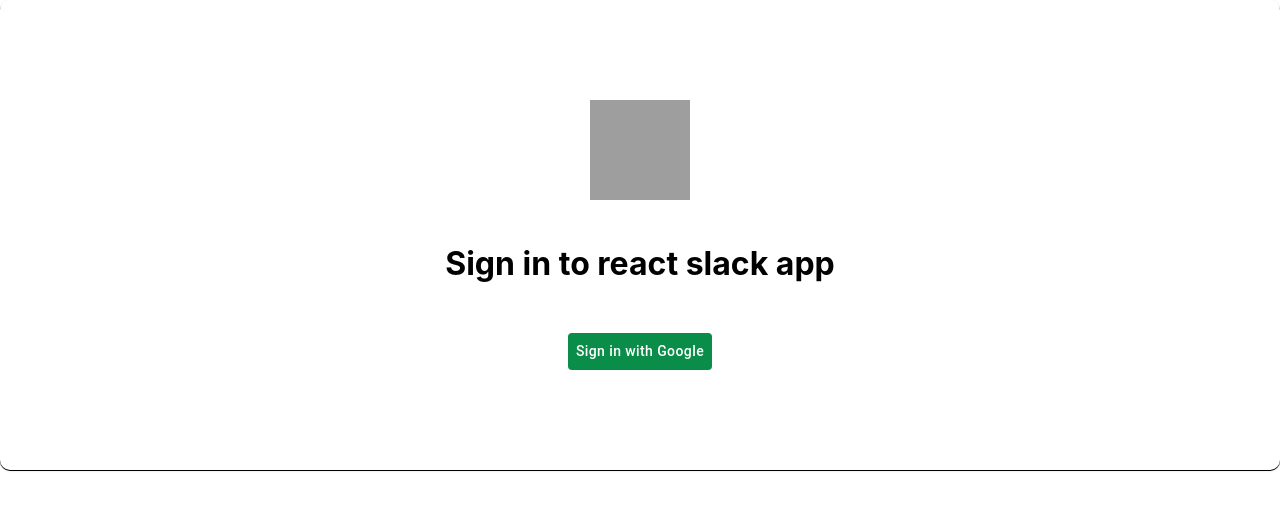
Repository: mminhaz93/React-Slack-Clone
Page: /
An editor plug-in stored every save of this project. The page is shown before and after the next save, followed by the edit.
The browser window is 1280 px wide. The pictures show the whole page.
Pictures or frames that could not be fetched are drawn as grey boxes. The project was rebuilt for these pictures with package versions that can differ from the ones it lists, and the page was loaded fresh each time. Also part of the build but not shown: src/components/Header.css, src/components/Header.js, src/components/Sidebar.css, src/components/SidebarOption.css, src/firebase.js, src/components/SidebarOption.js, src/components/Sidebar.js, src/Chat.css and 3 more.

Above is the page before, as saved 2020-08-14 00:21:10.

After the next save:
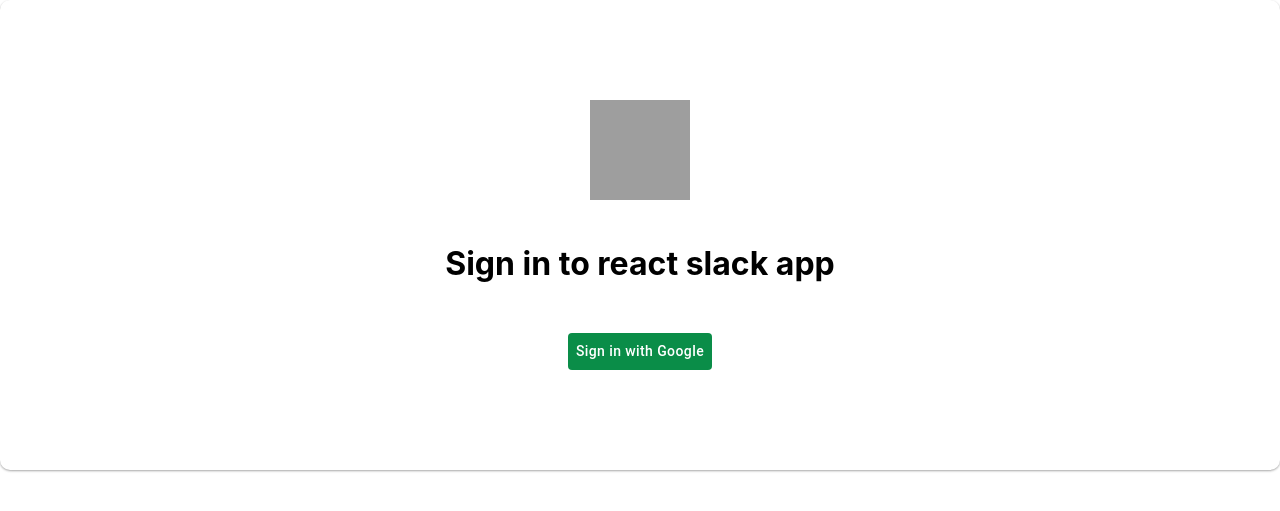
Saved 32 s later.
--- a/src/Login.css
+++ b/src/Login.css
@@ -6,7 +6,7 @@
   text-align: center;
   background-color: white;
   border-radius: 10px;
-  box-shadow: 0 1px 3px rgba(0, 0, 0, 0.12), 0 1px;
+  box-shadow: 0 1px 3px rgba(0, 0, 0, 0.12), 0 1px 2px rgba(0, 0, 0, 0.24);
 }
 
 .loginContainer > img {
